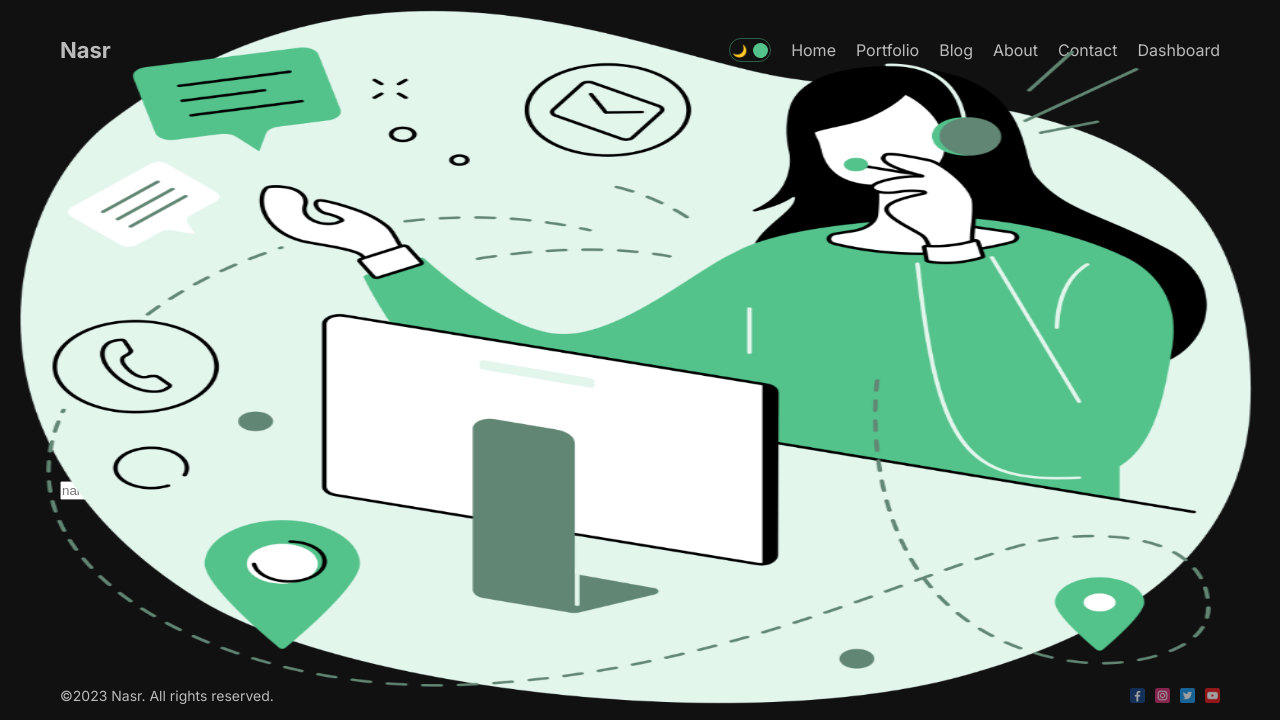
Repository: MoNasr2022/Nast-Blog
Page: /contact
The author's editor kept a copy of each file at every save. The page is drawn from the files as they stood at one save, then again after a run of saves.
The browser window is 1280 px wide. The pictures show the whole page.
The page's requests for data from a server got no answer. The project was rebuilt for these pictures with package versions that can differ from the ones it lists, and the page was loaded fresh each time. The framework's server and built-in components were replaced by stand-ins that run in the browser. No one was signed in, and anything a server would have sent is missing. Also part of the build but not shown: next.config.js, src/components/Button/button.module.css, src/components/Button/Button.jsx.

Above is the page before, as saved 2023-06-15 13:56:38.

### src/app/layout.js
import Navbar from "@/components/navbar/Navbar";
import "./globals.css";
import { Inter, Roboto, Poppins } from "next/font/google";
import Footer from "@/components/footer/Footer";
import { ThemeProvider } from "@/context/ThemeContext";
import AuthProvider from "@/components/AuthProvider/AuthProvider";

const inter = Inter({ subsets: ["latin"] });

export const metadata = {
  title: "Nasr Blog",
  description: "This is the description",
};

export default function RootLayout({ children }) {
  return (
    <html lang="en">
      <body className={inter.className}>
        <ThemeProvider>
          <AuthProvider>
            <div className="container">
              <Navbar />
              {children}
              <Footer />
            </div>
          </AuthProvider>
        </ThemeProvider>
      </body>
    </html>
  );
}

### src/app/contact/page.jsx
import React from "react";
import styles from "./page.module.css";
import Image from "next/image";
import Button from "@/components/Button/Button";

export const metadata = {
  title: "Lama Dev Contact Information",
  description: "This is Contact Page",
};

const Contact = () => {
  return (
    // <div className={styles.container}>
    //   <h1 className={styles.title}>Let's Keep in Touch</h1>
    //   <div className={styles.content}>
    //     <div className={styles.imgContainer}>
    //       <Image
    //         src="/contact.png"
    //         alt=""
    //         fill={true}
    //         className={styles.image}
    //       />
    //     </div>
    //     <form className={styles.form}>
    //       <input type="text" placeholder="name" className={styles.input} />
    //       <input type="text" placeholder="email" className={styles.input} />
    //       <textarea
    //         className={styles.textArea}
    //         placeholder="message"
    //         cols="30"
    //         rows="10"
    //       ></textarea>
    //       <Button url="#" text="Send"/>
    //     </form>
    //   </div>
    // </div>
    <div className={styles.container}>
      <h1 className={styles.title}>Let's Keep in Touch</h1>
      <div className={styles.content}>
        <div className={styles.imgContainer}>
          <Image src="/contact.png"
            alt=""
            fill={true}
            className={styles.image}
          />
        </div>
        <form className={styles.form}>
          <input type="text" placeholder="name" className={styles.input} />
          <input type="text" placeholder="email" className={styles.input} />
          <textarea
            className={styles.textArea}
            placeholder="message"
            cols="30"
            rows="10"
          />
        </form>
      </div>
    </div>
  );
};

export default Contact;

### src/components/navbar/Navbar.jsx
"use client";

import Link from "next/link";
import React from "react";
import styles from "./navbar.module.css";
import DarkModeToggle from "../DarkModeToggle/DarkModeToggle";
import { signOut, useSession } from "next-auth/react";

const links = [
  {
    id: 1,
    title: "Home",
    url: "/",
  },
  {
    id: 2,
    title: "Portfolio",
    url: "/portfolio",
  },
  {
    id: 3,
    title: "Blog",
    url: "/blog",
  },
  {
    id: 4,
    title: "About",
    url: "/about",
  },
  {
    id: 5,
    title: "Contact",
    url: "/contact",
  },
  {
    id: 6,
    title: "Dashboard",
    url: "/dashboard",
  },
];

const Navbar = () => {
  const session = useSession();

  return (
    <div className={styles.container}>
      <Link href="/" className={styles.logo}>
        Nasr
      </Link>
      <div className={styles.links}>
        <DarkModeToggle />
        {links.map((link) => (
          <Link key={link.id} href={link.url} className={styles.link}>
            {link.title}
          </Link>
        ))}
        {session.status === "authenticated" && (
          <button className={styles.logout} onClick={signOut}>
            Logout
          </button>
        )}
      </div>
    </div>
  );
};

export default Navbar;

### src/components/footer/Footer.jsx
import React from "react";
import styles from "./footer.module.css";
import Image from "next/image";

const Footer = () => {
  return (
    <div className={styles.container}>
      <div>©2023 Nasr. All rights reserved.</div>
      <div className={styles.social}>
        <Image src="/1.png" width={15} height={15} className={styles.icon} alt="Nasr Facebook Account" />
        <Image src="/2.png" width={15} height={15} className={styles.icon} alt="Nasr" />
        <Image src="/3.png" width={15} height={15} className={styles.icon} alt="Nasr" />
        <Image src="/4.png" width={15} height={15} className={styles.icon} alt="Nasr" />
      </div>
    </div>
  );
};

export default Footer;

### src/app/contact/page.module.css
/* .container {
}

.title {
  font-size: 60px;
  margin-bottom: 100px;
  text-align: center;
}

.content {
  display: flex;
  align-items: center;
  gap: 100px;
}

.imgContainer {
  flex: 1;
  height: 500px;
  position: relative;
}

.image {
  object-fit: contain;
  /* animation: move 3s infinite ease alternate;
}

@keyframes move {
  from {
    transform: translateY(-15px);
  }
  to {
    transform: translateY(0px) scale(1.03);
  }
}

.form {
  flex: 1;
  display: flex;
  flex-direction: column;
  gap: 20px;
}

.input,
.textArea {
  padding: 20px;
  background-color: transparent;
  border: none;
  outline: none;
  color: #bbb;
  border: 3px solid #bbb;
  font-size: 20px;
  font-weight: bold;
} */
.container {

}
.title{
  font-size: 60px;

}

Loaded but not shown: src/app/globals.css (common file); src/context/ThemeContext.js (common file); src/components/AuthProvider/AuthProvider.jsx (common file); src/components/navbar/navbar.module.css (common file); src/components/DarkModeToggle/DarkModeToggle.jsx (common file); src/components/footer/footer.module.css (common file); src/components/DarkModeToggle/darkModeToggle.module.css (common file)

After the next 3 saves:
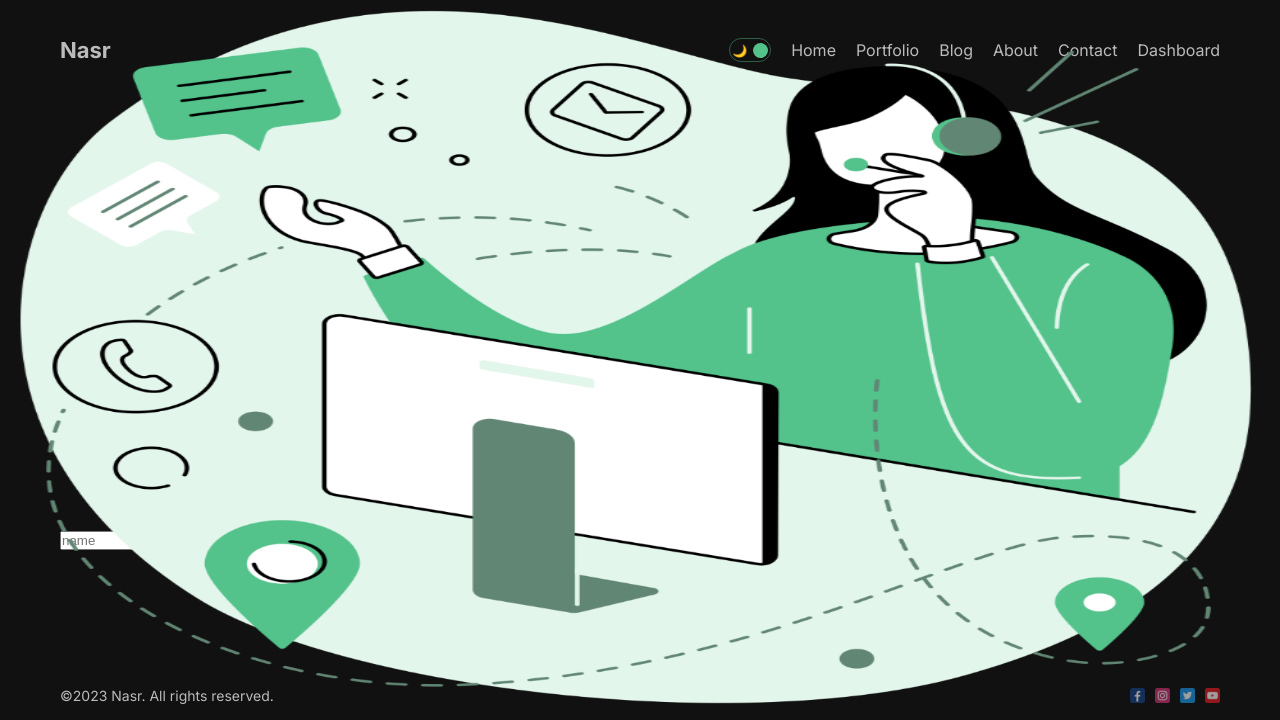
The 3 saves are shown as one change because they came seconds apart.
The last was saved 13 s later.
--- a/src/app/contact/page.module.css
+++ b/src/app/contact/page.module.css
@@ -56,5 +56,6 @@
 }
 .title{
   font-size: 60px;
+  margin-bottom: 100px;
 
 }
